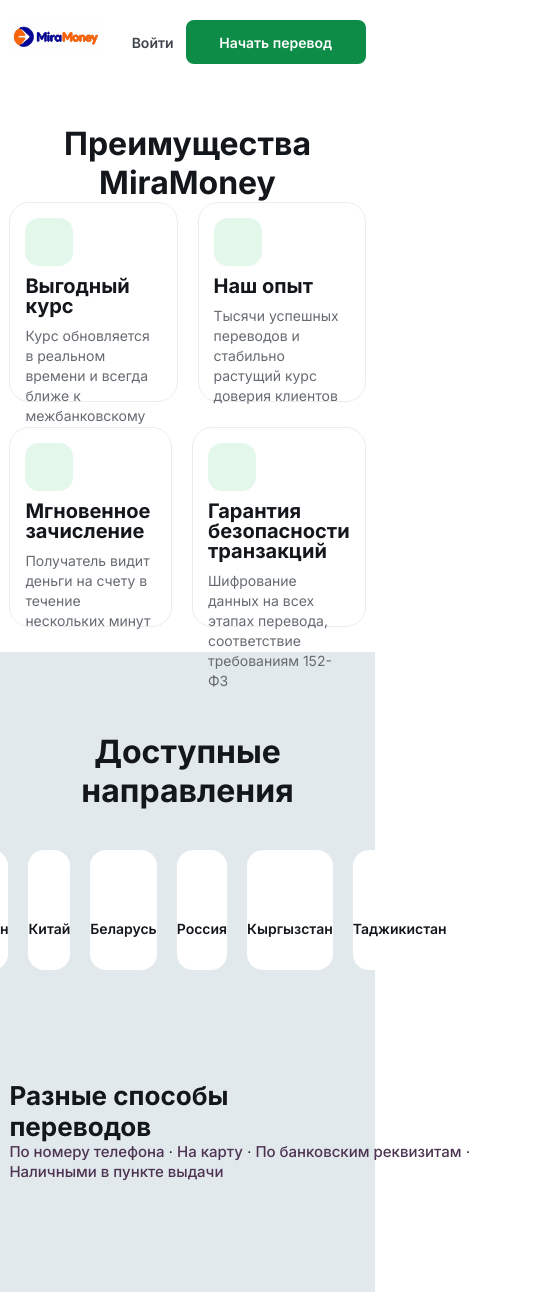
Repository: Shaiyr1/mira-money
Page: index.html
The author's editor kept a copy of each file at every save. The page is drawn from the files as they stood at one save, then again after a run of saves.
The browser window is 375 px wide. The page is 557 px wide, so the pictures cover 557 px, including what lies to the right of the window. The pictures show the whole page.

Above is the page before, as saved 2026-10-23 17:33:17.

### index.html
<!DOCTYPE html>
<html lang="en">
<head>
    <meta charset="UTF-8">
    <meta http-equiv="X-UA-Compatible" content="IE=edge">
    <meta name="viewport" content="width=device-width, initial-scale=1.0">
    <link rel="stylesheet" href="/src/css/style.css">
    <title>Document</title>
</head>
<body>
    <header class="header">
        <nav class="header-nav">
            <a class="header-nav__link" href="">
                <img class="header-nav__link-logo" src="./src/img/logo.svg" alt="logo">
            </a>
            <ul class="header-nav__ul">
                <li class="header-nav__li">
                    <a class="header-nav__li-link" href="">Как это работает</a>
                </li>
                <li class="header-nav__li">
                    <a class="header-nav__li-link" href="">Направления</a>
                </li>
                <li class="header-nav__li">
                    <a class="header-nav__li-link" href="">Тарифы</a>
                </li>
                <li class="header-nav__li">
                    <a class="header-nav__li-link" href="">Вопросы</a>
                </li>
            </ul>
            <div class="header-nav__sign">
                <a class="header-nav__sign-link" href="">Войти</a>
                <button class="header-nav__sign-btn">Начать перевод</button>
            </div>
            <div class="header-menu">
                <span></span>
                <span></span>
                <span></span>
            </div>
        </nav>
    </header>
    <main class="main">
        <section class="home">
            <div class="container">

            </div>
        </section>
        <section class="advantages">
            <div class="container">
                <h2 class="advantages__title">
                    Преимущества MiraMoney
                </h2>
                <div class="advantages-blocks">
                    <div class="advantages-block">
                        <img class="advantages-block__icon" src="./src/img/icon.svg" alt="icon">
                        <h5 class="advantages-block__title">Выгодный курс</h5>
                        <p class="advantages-block__subtitle">Курс обновляется в реальном времени и всегда ближе к межбанковскому</p>
                    </div>
                    <div class="advantages-block">
                        <img class="advantages-block__icon" src="./src/img/icon.svg" alt="icon">
                        <h5 class="advantages-block__title">Наш опыт</h5>
                        <p class="advantages-block__subtitle">Тысячи успешных переводов и стабильно растущий курс доверия клиентов</p>
                    </div>
                </div>
                <div class="advantages-blocks">
                    <div class="advantages-block">
                        <img class="advantages-block__icon" src="./src/img/icon.svg" alt="icon">
                        <h5 class="advantages-block__title">Мгновенное зачисление</h5>
                        <p class="advantages-block__subtitle">Получатель видит деньги на счету в течение нескольких минут</p>
                    </div>
                    <div class="advantages-block">
                        <img class="advantages-block__icon" src="./src/img/icon.svg" alt="icon">
                        <h5 class="advantages-block__title">Гарантия безопасности транзакций</h5>
                        <p class="advantages-block__subtitle">Шифрование данных на всех этапах перевода, соответствие требованиям 152-ФЗ</p>
                    </div>
                </div>
            </div>
        </section>
        <section class="description">
            <div class="container">
                <h2 class="description__title">Доступные направления</h2>
                <div class="description-items">
                    <div class="description-item">
                        <p class="description-item__country">Узбекистан</p>
                    </div>
                    <div class="description-item">
                        <p class="description-item__country">Китай</p>
                    </div>
                    <div class="description-item">
                        <p class="description-item__country">Беларусь</p>
                    </div>
                    <div class="description-item">
                        <p class="description-item__country">Россия</p>
                    </div>
                    <div class="description-item">
                        <p class="description-item__country">Кыргызстан</p>
                    </div>
                    <div class="description-item">
                        <p class="description-item__country">Таджикистан</p>
                    </div>
                </div>
                <div class="description__ways">
                    <h3 class="description__ways-title">Разные способы переводов</h3>
                    <p class="description__ways-subtitle"><a href=""> По номеру телефона</a>  ·  <a href="">На карту</a>  ·
                        <a href="">По банковским реквизитам </a>  ·  <a href="">Наличными в пункте выдачи</a> </p>
                </div>
            </div>
        </section>
    </main>
    <footer class="footer">
        <div class="container">

        </div>
    </footer>
</body>
</html>

### src/css/style.css
@import url('https://fonts.googleapis.com/css2?family=Inter:ital,opsz,wght@0,14..32,100..900;1,14..32,100..900&display=swap');

* {
    margin: 0;
    padding: 0;
    box-sizing: border-box;
}

.container {
    width: 1280px;
    margin: 0 auto;
}

.header {}

.header-nav {
    width: 95%;
    height: 84px;
    margin: 0 auto;
    display: flex;
    align-items: center;
}

.header-nav__link {}

.header-nav__link-logo {}

.header-nav__ul {
    margin-left: 120px;
    display: flex;
    align-items: center;
    gap: 32px;
}

.header-nav__li {
    list-style-type: none;
}

.header-nav__li-link {
    text-decoration: none;
    color: #3f444c;
    font-size: 14px;
    font-family: Inter;
    font-weight: 500;
    transition: 0.4s;
}

.header-nav__li-link:hover {
    color: #0c8c47;
    transition: 0.4s;
    font-size: 14.5px;
}

.header-nav__sign {
    margin-left: auto;
    display: flex;
    align-items: center;
    gap: 12px;
}

.header-nav__sign-link {
    text-decoration: none;
    color: #3f454c;
    font-size: 14px;
    font-family: Inter;
    font-weight: 600;
    transition: 0.4s;
}

.header-nav__sign-link:hover {
    color: #0c8c47;
    transition: 0.4s;
    font-size: 14.5px;

}

.header-nav__sign-btn {
    background-color: #0c8c47;
    width: 180px;
    height: 44px;
    border-radius: 8px;
    color: #ffffff;
    font-size: 14px;
    font-family: Inter;
    font-weight: 600;
    border: none;
    cursor: pointer;
    transition: 0.4s;
}

.header-nav__sign-btn:hover {
    background-color: rgb(0, 96, 0);
    transition: 0.4s;
}



.advantages {
    padding-top: 40px;
}

.advantages__title {
    color: #13171b;
    text-align: center;
    font-size: 32px;
    font-family: Inter;
    font-weight: 700;
}

.advantages-blocks {
    width: 100%;
    display: flex;
    align-items: center;
    gap: 24px;
    margin-bottom: 40px;
}

.advantages-block {
    width: 50%;
    border: 1px solid #eaedef;
    border-radius: 20px;
    padding: 28px;
    display: flex;
    flex-direction: column;
    align-items: flex-start;
    gap: 10px;
}

.advantages-block__icon {}

.advantages-block__title {
    color: #13171b;
    font-size: 20px;
    font-family: Inter;
    font-weight: 700;

}

.advantages-block__subtitle {
    width: 400px;
    color: #666b72;
    text-align: left;
    font-size: 14px;
    font-family: Inter;
    line-height: 20px;
}




.description {
    padding: 80px 0;
    background-color: rgb(226, 233, 237);
}

.description__title {
    color: #13171b;
    text-align: center;
    font-size: 32px;
    font-family: Inter;
    font-weight: 700;
}

.description-items {
    margin-top: 40px;
    display: flex;
    justify-content: center;
    align-items: center;
    gap: 20px;
}

.description-item {
    background-color: #ffffff;
    width: 166px;
    height: 160px;
    border-radius: 16px;
}

.description-item__country {
    margin-top: 100px;
    color: #13171b;
    text-align: center;
    vertical-align: text-top;
    font-size: 14px;
    font-family: Inter;
    font-weight: 600;
}

.description__ways {
    margin-top: 80px;
    padding: 30px 0;
}

.description__ways-title {
    color: #13171b;
    text-align: left;
    font-size: 26px;
    font-family: Inter;
    font-weight: 700;
}

.description__ways-subtitle {
    width: 548px;
    font-size: 15px;

}

.description__ways-subtitle a {
    color: #4d3352;
    text-align: left;
    font-size: 15px;
    font-family: Inter;
    font-weight: 500;
    text-decoration: none;
    line-height: 20px;
}



@media (max-width: 1024px) {
    .container {
        width: 95%;
    }

    .advantages-blocks {
        gap: 20px;
        margin-bottom: 25px;

    }
}

@media(max-width: 768px) {
    .header-nav {
        margin: 0 auto;
    }
    .header-nav__ul {
        margin-left: 20px;
        gap: 15px;
    }
    .header-nav__li-link {
        white-space: nowrap;
        font-size: 12px;
    }
    .advantages-block__subtitle {
        width: 100%;
    }
    .advantages-block__title {
        line-height: 20px;
    }
    .advantages-block {
        padding: 15px;
        height: 200px;
    }

    .description-item {
        background-color: #ffffff;
        width: 166px;
        height: 120px;
        border-radius: 16px;
    }
    .description-item__country {
        margin-top: 70px;
    }



}

@media(max-width: 480px) {
    .header-nav__ul {
        display: none;
    }
}

After the next 2 saves:
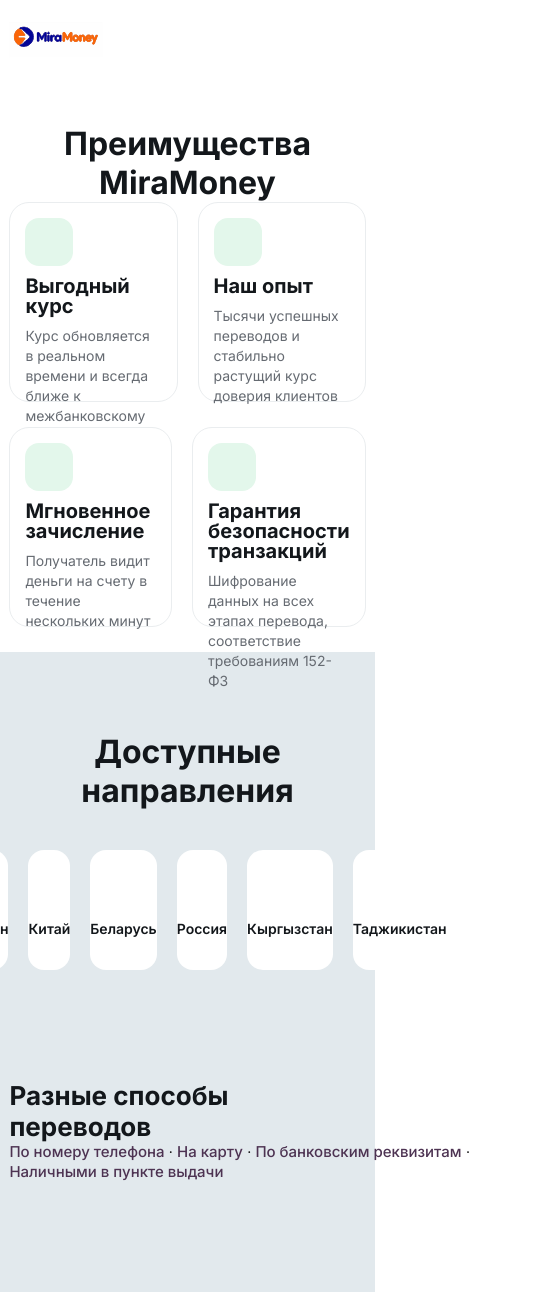
The 2 saves are shown as one change because they came seconds apart.
The last was saved 30 s later.
--- a/src/css/style.css
+++ b/src/css/style.css
@@ -270,4 +270,7 @@
     .header-nav__ul {
         display: none;
     }
-}
+    .header-nav__sign {
+        display: none;
+    }
+}
